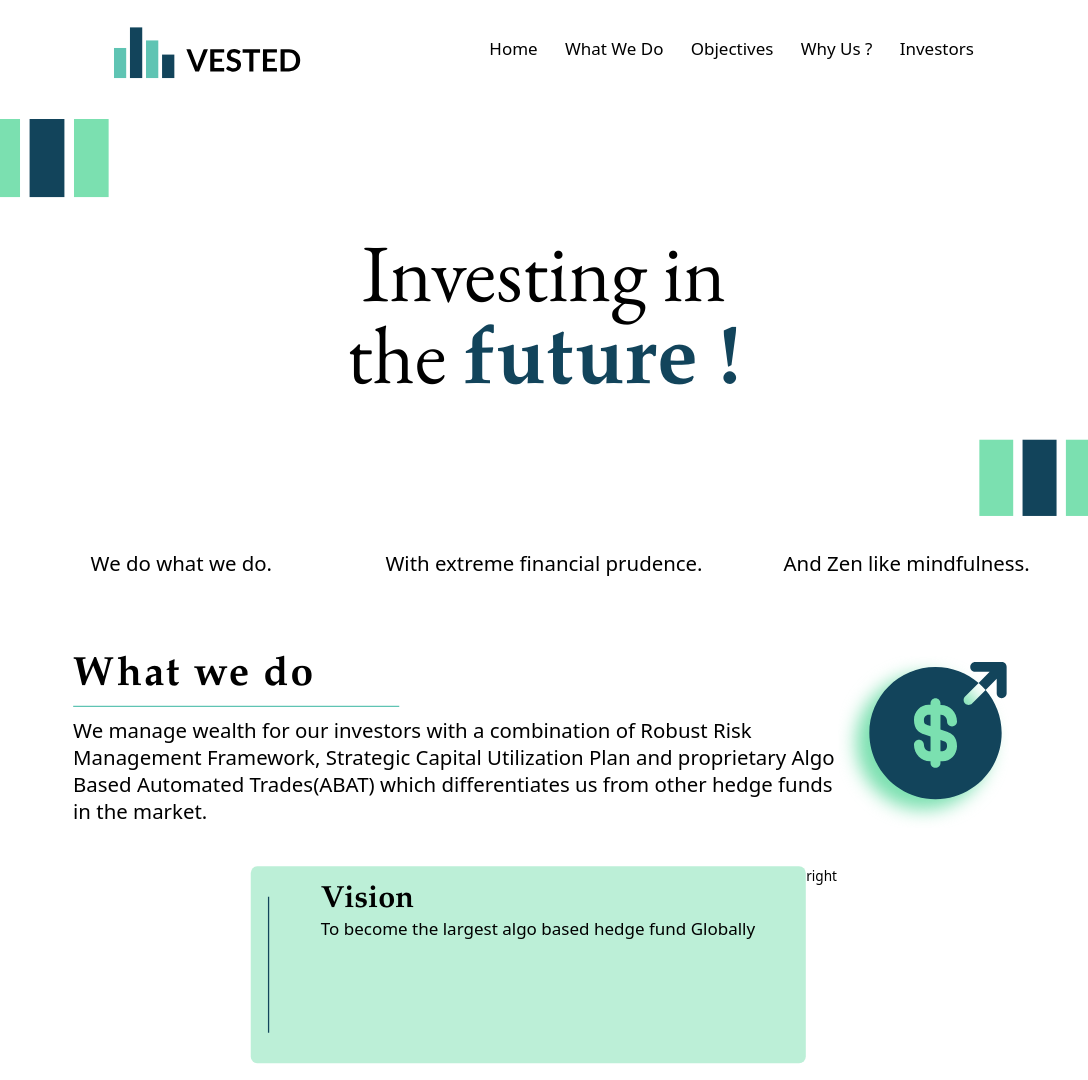
Repository: husainmamuwala/TippingPointsFinancial
Page: /
These files come from the project's save history. The page is drawn as it stood at one moment and after the next save; the edit follows.
The browser window is 1280 px wide. The pictures show the whole page, at 85% of full size.
The project was rebuilt for these pictures with package versions that can differ from the ones it lists, and the page was loaded fresh each time. The framework's server and built-in components were replaced by stand-ins that run in the browser. Also part of the build but not shown: next.config.js.

Above is the page before, as saved 2022-10-15 19:02:15.

### pages/_document.js
import Document, { Html, Head, Main, NextScript } from "next/document";

function MyDocument() {
  return (
    <Html>
      <Head>
      <link rel="preconnect" href="https://fonts.googleapis.com"/>
<link rel="preconnect" href="https://fonts.gstatic.com" crossorigin/>
<link href="https://fonts.googleapis.com/css2?family=EB+Garamond:ital,wght@0,400;0,600;1,500&display=swap" rel="stylesheet"></link>
      </Head>
      <body>
        <Main />
        <NextScript />
      </body>
    </Html>
  );
}

export default MyDocument;

### pages/index.js
import React from "react"
import Hero from "../components/Hero"
import Nav from "../components/Nav"
import Objectives from "../components/Objectives"
import Whatwedo from "../components/Whatwedo"


export default function Home() {
  return (

    <div className="h-screen">
      <Nav/>
      <section id="home">
        <Hero/>
      </section>
      <section id="whatwedo">
        <Whatwedo/>
      </section>
      <section id="objectives">
        <Objectives/>
      </section>
    </div>

  )
}

### styles/globals.css
@tailwind base;
@tailwind components;
@tailwind utilities;

@layer base{
    @font-face{
        font-family: "Garamond";
        src: url('/fonts/Garamond.woff2') format('woff2');
        font-family: 'Montserrat', sans-serif

    }

}

### components/Hero.jsx
import React from 'react'

const Hero = () => {
  return (
    <div className='flex flex-col py-6'>
      <div className='grid grid-flow-row'>
        <div className='justify-self-start self-start w-20 md:w-32 '>
          <svg className="" width="auto" height="auto" viewBox="0 0 125 90" fill="none" xmlns="http://www.w3.org/2000/svg">
            <rect x="-17" width="40" height="90" fill="#7BE0B0" />
            <rect x="34" width="40" height="90" fill="#12445B" />
            <rect x="85" width="40" height="90" fill="#7BE0B0" />
          </svg>
        </div>
        <div className='justify-self-center w-full py-5 md:py-10'>
          <span className=' text-6xl text-center lg:text-8xl font-garamond pt-5 pb-5'>
            <span className="block">Investing in</span>
            <span className="block">the <span className='text-[#12445B] font-semibold'>future !</span></span>
          </span>
        </div>
        <div className='justify-self-end self-end w-20 md:w-32'>
          <svg className='' width="auto" height="au" viewBox="0 0 128 90" fill="none" xmlns="http://www.w3.org/2000/svg">
            <rect width="40" height="90" fill="#7BE0B0" />
            <rect x="51" width="40" height="90" fill="#12445B" />
            <rect x="102" width="40" height="90" fill="#7BE0B0" />
          </svg>
        </div>
      </div>
      <div className='grid grid-row-3 md:grid-cols-3 justify-evenly text-center
        text-xl font-Montserrat md:text-2xl md:py-10'>
        <div>
          <span>We do what we do.</span>
        </div>
        <div>
          <span>With extreme financial prudence.</span>
        </div>
        <div>
          <span>And Zen like mindfulness.</span>
        </div>
      </div>
    </div>
  )
}

export default Hero

### components/Nav.jsx
import Link from 'next/link';
import React, { useState } from 'react'
import { FiMenu } from 'react-icons/fi';
import {AiOutlineClose} from 'react-icons/ai'

const Nav = () => {
    const Links=[
        {name:"Home",link:"/"},
        {name:"What We Do",link:"#whatwedo"},
        {name:"Objectives",link:"#objectives"},
        {name:"Why Us ?",link:"#whyus"},
        {name:"Investors",link:"/investors"},
    ];
    const [open,setOpen] = useState(false);
  return (
    <div className='w-full relative top-0 font-Montserrat font-[400] bg-white'>
        <div className='sticky lg:flex py-4 lg:px-10 items-center lg:justify-around'>
            <div className='mt-2 scale-75 md:scale-100'>
                <svg width="221" height="60" viewBox="0 0 221 60" fill="none" xmlns="http://www.w3.org/2000/svg">
                <path d="M110.63 25.972L100.118 52H95.7437L85.2317 25.972H89.1197C89.5397 25.972 89.8817 26.074 90.1457 26.278C90.4097 26.482 90.6077 26.746 90.7397 27.07L96.8777 42.946C97.0817 43.462 97.2737 44.032 97.4537 44.656C97.6457 45.268 97.8257 45.91 97.9937 46.582C98.1377 45.91 98.2937 45.268 98.4617 44.656C98.6297 44.032 98.8157 43.462 99.0197 42.946L105.122 27.07C105.218 26.794 105.404 26.542 105.68 26.314C105.968 26.086 106.316 25.972 106.724 25.972H110.63ZM118.184 29.824V37.042H127.292V40.768H118.184V48.13H129.74V52H113.324V25.972H129.74V29.824H118.184ZM147.891 30.706C147.747 30.958 147.591 31.144 147.423 31.264C147.267 31.372 147.069 31.426 146.829 31.426C146.577 31.426 146.301 31.336 146.001 31.156C145.713 30.964 145.365 30.754 144.957 30.526C144.549 30.298 144.069 30.094 143.517 29.914C142.977 29.722 142.335 29.626 141.591 29.626C140.919 29.626 140.331 29.71 139.827 29.878C139.323 30.034 138.897 30.256 138.549 30.544C138.213 30.832 137.961 31.18 137.793 31.588C137.625 31.984 137.541 32.422 137.541 32.902C137.541 33.514 137.709 34.024 138.045 34.432C138.393 34.84 138.849 35.188 139.413 35.476C139.977 35.764 140.619 36.022 141.339 36.25C142.059 36.478 142.797 36.724 143.553 36.988C144.309 37.24 145.047 37.54 145.767 37.888C146.487 38.224 147.129 38.656 147.693 39.184C148.257 39.7 148.707 40.336 149.043 41.092C149.391 41.848 149.565 42.766 149.565 43.846C149.565 45.022 149.361 46.126 148.953 47.158C148.557 48.178 147.969 49.072 147.189 49.84C146.421 50.596 145.479 51.196 144.363 51.64C143.247 52.072 141.969 52.288 140.529 52.288C139.701 52.288 138.885 52.204 138.081 52.036C137.277 51.88 136.503 51.652 135.759 51.352C135.027 51.052 134.337 50.692 133.689 50.272C133.041 49.852 132.465 49.384 131.961 48.868L133.383 46.546C133.503 46.378 133.659 46.24 133.851 46.132C134.043 46.012 134.247 45.952 134.463 45.952C134.763 45.952 135.087 46.078 135.435 46.33C135.783 46.57 136.197 46.84 136.677 47.14C137.157 47.44 137.715 47.716 138.351 47.968C138.999 48.208 139.773 48.328 140.673 48.328C142.053 48.328 143.121 48.004 143.877 47.356C144.633 46.696 145.011 45.754 145.011 44.53C145.011 43.846 144.837 43.288 144.489 42.856C144.153 42.424 143.703 42.064 143.139 41.776C142.575 41.476 141.933 41.224 141.213 41.02C140.493 40.816 139.761 40.594 139.017 40.354C138.273 40.114 137.541 39.826 136.821 39.49C136.101 39.154 135.459 38.716 134.895 38.176C134.331 37.636 133.875 36.964 133.527 36.16C133.191 35.344 133.023 34.342 133.023 33.154C133.023 32.206 133.209 31.282 133.581 30.382C133.965 29.482 134.517 28.684 135.237 27.988C135.957 27.292 136.845 26.734 137.901 26.314C138.957 25.894 140.169 25.684 141.537 25.684C143.073 25.684 144.489 25.924 145.785 26.404C147.081 26.884 148.185 27.556 149.097 28.42L147.891 30.706ZM171.969 29.95H164.121V52H159.279V29.95H151.431V25.972H171.969V29.95ZM180.235 29.824V37.042H189.343V40.768H180.235V48.13H191.791V52H175.375V25.972H191.791V29.824H180.235ZM219.194 38.986C219.194 40.894 218.876 42.646 218.24 44.242C217.604 45.838 216.71 47.212 215.558 48.364C214.406 49.516 213.02 50.41 211.4 51.046C209.78 51.682 207.98 52 206 52H196.082V25.972H206C207.98 25.972 209.78 26.296 211.4 26.944C213.02 27.58 214.406 28.474 215.558 29.626C216.71 30.766 217.604 32.134 218.24 33.73C218.876 35.326 219.194 37.078 219.194 38.986ZM214.226 38.986C214.226 37.558 214.034 36.28 213.65 35.152C213.278 34.012 212.732 33.052 212.012 32.272C211.304 31.48 210.44 30.874 209.42 30.454C208.412 30.034 207.272 29.824 206 29.824H200.942V48.148H206C207.272 48.148 208.412 47.938 209.42 47.518C210.44 47.098 211.304 46.498 212.012 45.718C212.732 44.926 213.278 43.966 213.65 42.838C214.034 41.698 214.226 40.414 214.226 38.986Z" fill="black"/>
                <rect y="24.4445" width="14.4444" height="35.5556" fill="#5FC4B3"/>
                <rect x="18.8889" width="14.4444" height="60" fill="#12445B"/>
                <rect x="37.7778" y="15.5555" width="14.4444" height="44.4444" fill="#5FC4B3"/>
                <rect x="56.6667" y="32.2222" width="14.4444" height="27.7778" fill="#12445B"/>
                </svg>

            </div>
            <div onClick={()=>setOpen(!open)}
                 className='text-3xl absolute right-8 top-11 pr-8 cursor-pointer lg:hidden'>
                    {!open ? <FiMenu size={40}/> : <AiOutlineClose size={40}/>}
            </div>

            <ul className={`lg:flex lg:flex-row lg:items-center font-Montserrat pb-12 lg:pb-0
            absolute lg:static bg-white lg:z-auto z-[-1] w-full left-0  lg:pl-0 pl-9 lg:w-auto
            transition-all duration-500 ease-in
            ${open ? "flex-col" : "hidden"}`}>
                {
                    Links.map((link)=>(
                        <li onClick={() => setOpen(false)} key={link.link} className="md:ml-8 text-xl my-7 hover:text-[#5FC4B3]
                         relative transition-all hover:top-1">
                            <Link href={link.link}
                            className="font-Monteserrat">
                                {link.name}
                            </Link>
                        </li>
                    ))
                }
            </ul>
        </div>
    </div>
  )
}

export default Nav

### components/Objectives.jsx
import React from 'react'

const Objectives = () => {
  const Data = [
    {title:"Vision",desc:"To become the largest algo based hedge fund Globally"},]
  return (
    <div className='flex flex-col md:flex-row justify-center py-5 px-10'>
        <div>
          <div className='relative w-full bg-[#7BE0B0] bg-opacity-50 rounded-lg p-5 flex flex-row '>
              <div className='pr-5 h-28 lg:h-48'>
                  <svg width="2" height="auto" viewBox="0 0 2 160" fill="none" xmlns="http://www.w3.org/2000/svg">
                  <line x1="1" y1="4.37114e-08" x2="0.999993" y2="160" stroke="#12445B" stroke-width="2"/>
                  </svg>
              </div>
              {
                Data.map((data)=>(
              <div className='px-10'>
                <h1 className='text-3xl lg:text-4xl font-semibold font-garamond'>{data.title}</h1>
                <p className='font-montserrat text-xl'>{data.desc}</p>
              </div>
                ))}
          </div>
        </div>
          <div>
              right
          </div>

    </div>
  )
}

export default Objectives

### components/Whatwedo.tsx
import React from 'react'


const whatwedo = () => {
    return (
        <div className='py-5 px-10 flex md:flex-row flex-col justify-center'>
            <div className='md:w-3/4'>
                <div>
                    <h4 className='text-3xl md:text-5xl font-garamond font-semibold py-2 tracking-wider'>
                        What we do
                    </h4>

                    <svg className="lg:w-96 lg:h-2" width="auto" height="2" viewBox="0 0 589 2" fill="none" xmlns="http://www.w3.org/2000/svg">
                        <line y1="1" x2="589" y2="1" stroke="#5FC4B3" strokeWidth="2" />
                    </svg>

                    <p className='py-2 text-xl md:text-2xl'>
                        We manage wealth for our investors with a combination of Robust Risk Management Framework,
                        Strategic Capital Utilization Plan and proprietary Algo Based Automated Trades(ABAT)
                        which differentiates us from other hedge funds in the market.
                    </p>
                </div>
            </div>
            <div className='w-52 hidden md:block lg:self-center'>
                <svg width="auto" height="auto" viewBox="0 0 226 223" fill="none" xmlns="http://www.w3.org/2000/svg">
                    <g filter="url(#filter0_f_6_45)">
                        <circle cx="109.027" cy="113.259" r="86.0274" fill="#7BE0B0" />
                    </g>
                    <path d="M109.698 84.8371C109.698 89.4046 110.967 90.0812 113.843 91.0962L118.156 92.6187V78.2396H115.619C112.405 78.2396 109.698 81.2 109.698 84.8371ZM130.844 124.76H133.381C136.68 124.76 139.302 121.8 139.302 118.163C139.302 113.595 138.033 112.919 135.158 111.904L130.844 110.381V124.76Z" fill="#12445B" />
                    <path d="M188.614 46.3517L171.275 63.6913C170.006 64.96 168.399 65.5521 166.792 65.5521C165.185 65.5521 163.578 64.96 162.309 63.6913C161.129 62.4975 160.467 60.8867 160.467 59.2083C160.467 57.53 161.129 55.9192 162.309 54.7254L179.648 37.3858C164.762 24.6983 145.561 16.9167 124.5 16.9167C77.81 16.9167 39.9167 54.81 39.9167 101.5C39.9167 148.19 77.81 186.083 124.5 186.083C171.19 186.083 209.083 148.19 209.083 101.5C209.083 80.4388 201.302 61.2383 188.614 46.3517ZM139.302 99.9775C144.715 101.923 151.99 105.814 151.99 118.248C151.99 128.82 143.616 137.533 133.381 137.533H130.844V139.647C130.844 143.115 127.968 145.991 124.5 145.991C121.032 145.991 118.156 143.115 118.156 139.647V137.533H117.48C106.23 137.533 97.0104 128.059 97.0104 116.387C97.0104 112.834 99.8863 109.958 103.354 109.958C106.822 109.958 109.698 112.834 109.698 116.302C109.698 120.954 113.166 124.76 117.48 124.76H118.156V105.983L109.698 103.023C104.285 101.077 97.0104 97.1863 97.0104 84.7525C97.0104 74.1796 105.384 65.4675 115.619 65.4675H118.156V63.4375C118.156 59.9696 121.032 57.0938 124.5 57.0938C127.968 57.0938 130.844 59.9696 130.844 63.4375V65.5521H131.52C142.77 65.5521 151.99 75.0254 151.99 86.6979C151.99 90.1658 149.114 93.0417 145.646 93.0417C142.178 93.0417 139.302 90.1658 139.302 86.6979C139.302 82.0458 135.834 78.2396 131.52 78.2396H130.844V97.0171L139.302 99.9775ZM214.92 14.4638C214.251 12.9061 213.009 11.6647 211.452 10.9958C210.691 10.7256 209.891 10.5827 209.083 10.5729H175.25C171.782 10.5729 168.906 13.4488 168.906 16.9167C168.906 20.3846 171.782 23.2604 175.25 23.2604H193.774L179.648 37.3858C182.863 40.1771 185.823 43.1375 188.614 46.3517L202.74 32.2263V50.75C202.74 54.2179 205.615 57.0938 209.083 57.0938C212.551 57.0938 215.427 54.2179 215.427 50.75V16.9167C215.427 16.0708 215.258 15.3096 214.92 14.4638Z" fill="#12445B" />
                    <defs>
                        <filter id="filter0_f_6_45" x="0" y="4.2317" width="218.055" height="218.055" filterUnits="userSpaceOnUse" colorInterpolationFilters="sRGB">
                            <feFlood floodOpacity="0" result="BackgroundImageFix" />
                            <feBlend mode="normal" in="SourceGraphic" in2="BackgroundImageFix" result="shape" />
                            <feGaussianBlur stdDeviation="11.5" result="effect1_foregroundBlur_6_45" />
                        </filter>
                    </defs>
                </svg>
            </div>
        </div>
    )
}

export default whatwedo

### tailwind.config.js
/** @type {import('tailwindcss').Config} */
module.exports = {
  content: [
    "./pages/**/*.{js,ts,jsx,tsx}",
    "./components/**/*.{js,ts,jsx,tsx}",
  ],
  theme: {
    extend: {
      fontFamily: {
        garamond:'Garamond'
      }
    },
  },
  plugins: [],
}

Loaded but not shown: pages/_app.js (common file)

After the next save:
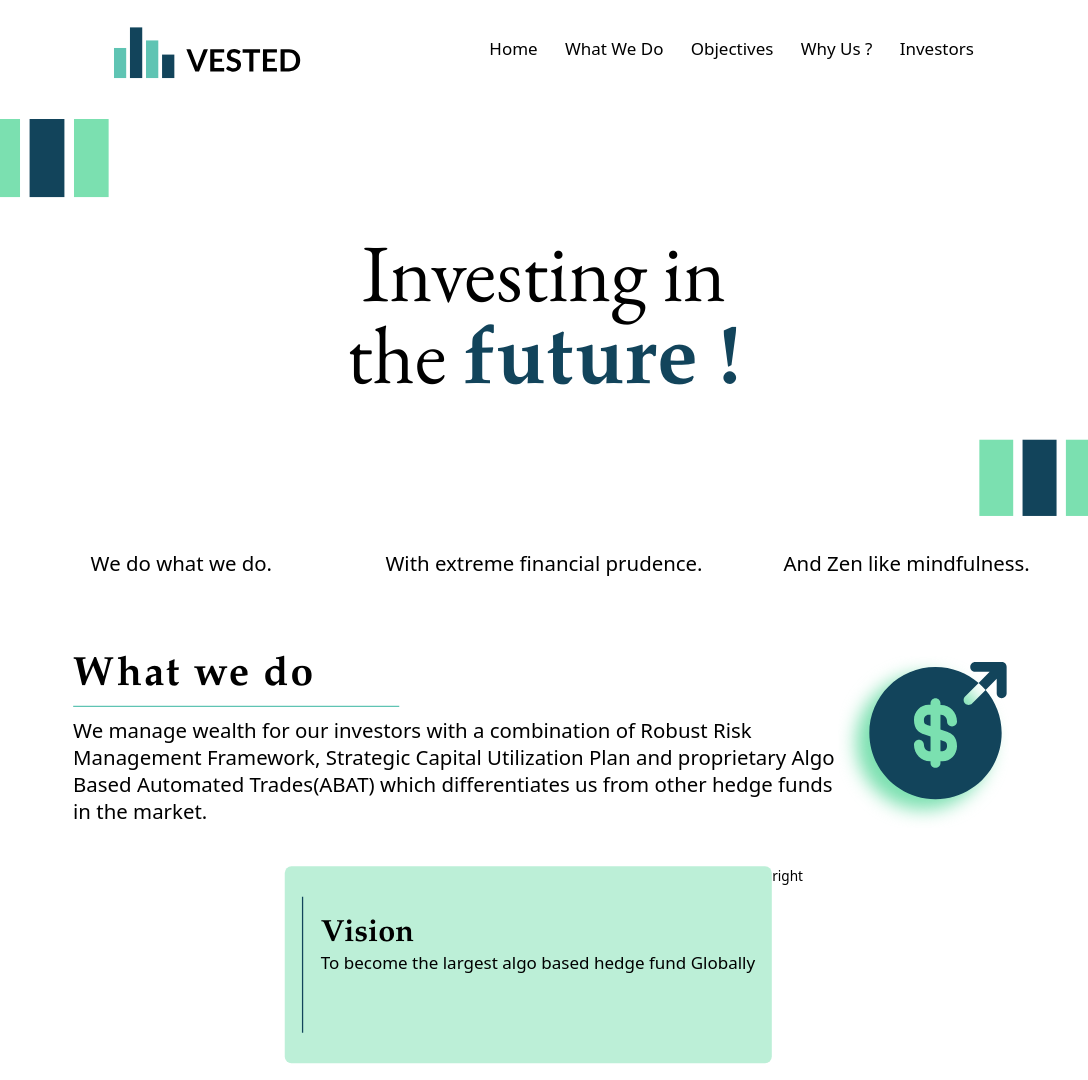
Saved 9 s later.
--- a/components/Objectives.jsx
+++ b/components/Objectives.jsx
@@ -14,7 +14,7 @@
               </div>
               {
                 Data.map((data)=>(
-              <div className='px-10'>
+              <div className='py-10'>
                 <h1 className='text-3xl lg:text-4xl font-semibold font-garamond'>{data.title}</h1>
                 <p className='font-montserrat text-xl'>{data.desc}</p>
               </div>
